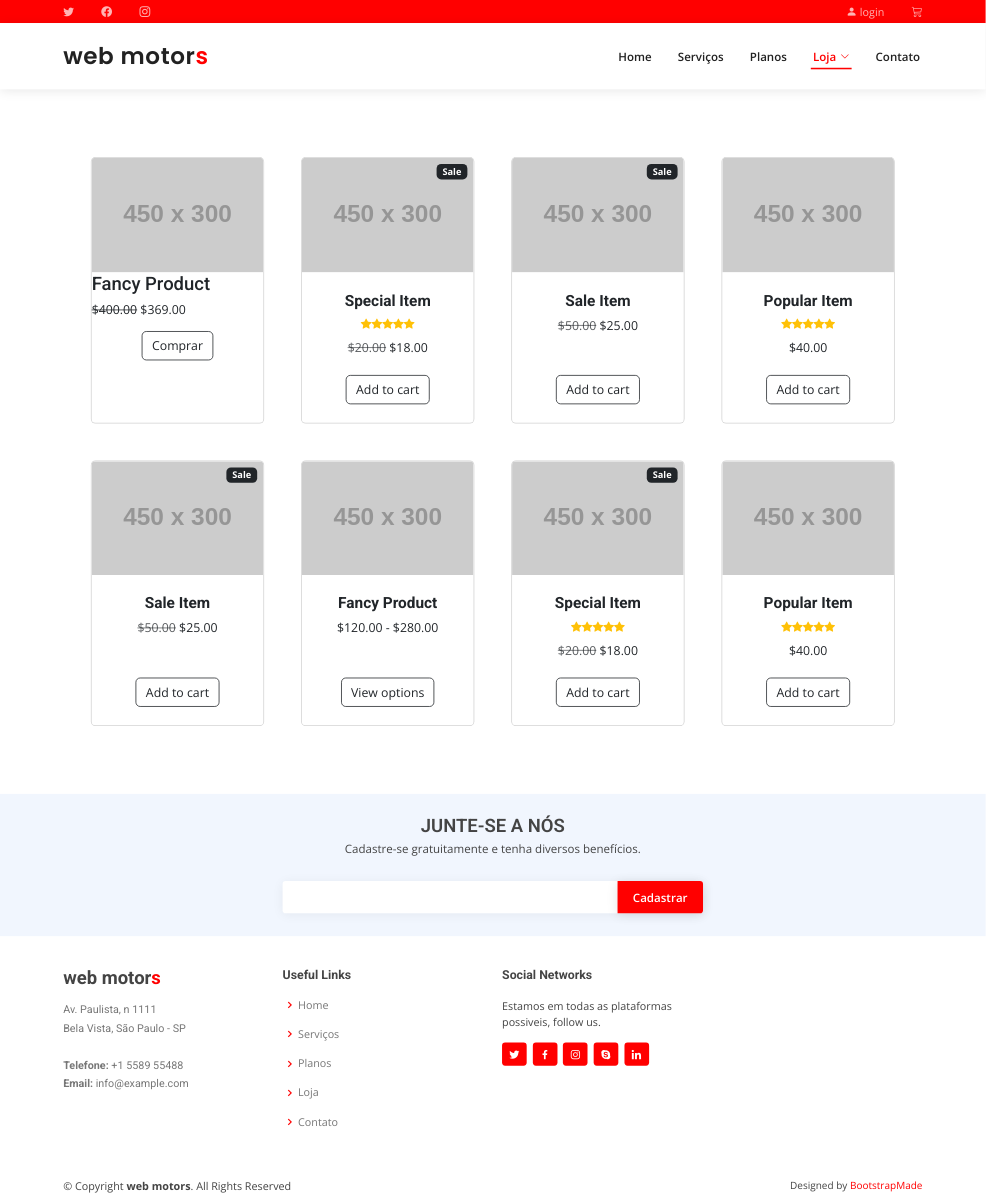
Repository: 01nethy/WebMotors
Page: produtos.html
An editor plug-in stored every save of this project. The page is shown before and after the next save, followed by the edit.
The browser window is 1280 px wide. The pictures show the whole page, at 77% of full size.

Above is the page before, as saved 2023-12-08 14:46:24.

### produtos.html
<!DOCTYPE html>
<html lang="pt-BR">

<head>
  <meta charset="utf-8">
  <meta content="width=device-width, initial-scale=1.0" name="viewport">

  <title>Produtos Automotivos - Web Motors</title>
  <meta content="" name="description">
  <meta content="" name="keywords">

  <!-- Favicons -->
  <link href="assets/img/favicon.png" rel="icon">
  <link href="assets/img/apple-touch-icon.png" rel="apple-touch-icon">

  <!-- Google Fonts -->
  <link
    href="https://fonts.googleapis.com/css?family=Open+Sans:300,300i,400,400i,600,600i,700,700i|Roboto:300,300i,400,400i,500,500i,600,600i,700,700i|Poppins:300,300i,400,400i,500,500i,600,600i,700,700i"
    rel="stylesheet">

  <!-- Vendor CSS Files -->
  <link href="assets/vendor/aos/aos.css" rel="stylesheet">
  <link href="assets/vendor/bootstrap/css/bootstrap.min.css" rel="stylesheet">
  <link href="assets/vendor/bootstrap-icons/bootstrap-icons.css" rel="stylesheet">
  <link href="assets/vendor/boxicons/css/boxicons.min.css" rel="stylesheet">
  <link href="assets/vendor/glightbox/css/glightbox.min.css" rel="stylesheet">
  <link href="assets/vendor/swiper/swiper-bundle.min.css" rel="stylesheet">

  <!-- Template Main CSS File -->
  <link href="assets/css/style.css" rel="stylesheet">

  <!-- =======================================================
  * Template Name: BizLand
  * Updated: Jul 27 2023 with Bootstrap v5.3.1
  * Template URL: https://bootstrapmade.com/bizland-bootstrap-business-template/
  * Author: BootstrapMade.com
  * License: https://bootstrapmade.com/license/
  ======================================================== -->
</head>

<body>
 <!-- ======= Top Bar ======= -->
 <section id="topbar" class="d-flex align-items-center">
  <div id="topajust" class="container d-flex">
    <div class="social-links col-6 ">
      <a href="#" class="twitter m-0"><i class="bi bi-twitter"></i></a>
      <a href="#" class="facebook"><i class="bi bi-facebook"></i></a>
      <a href="#" class="instagram"><i class="bi bi-instagram"></i></a>
      <!-- <a href="#" class="linkedin"><i class="bi bi-linkedin"></i></i></a> -->
    </div>
    <div class="social-links col-6 text-end">
      <a href="login.html"><i class="bi bi-person-fill"></i> login </a>
      <a href="cart.html"> <i class="bi bi-cart3"></i></a>
    </div>
  </div>
</section>

  <!-- ======= Header nav ======= -->
  <header id="header" class="d-flex">
    <div class="container d-flex align-items-center justify-content-between"">
      <h1 class=" logo"><a href="index.html">web motor<span>s</span></a></h1>
      <nav id="navbar" class="nav navbar justify-content-end">
        <ul>
          <li><a class="nav-link scrollto" href="index.html">Home</a></li>
          <!-- <li><a class="nav-link scrollto" href="#about">Mecanica</a></li>-->
          <li><a class="nav-link scrollto" href="index.html #services">Serviços</a></li>
          <!-- <li><a class="nav-link scrollto " href="#portfolio">Aditivo</a></li>-->
          <li><a class="nav-link scrollto" href="index.html #pricing">Planos</a></li>
          <li class="dropdown"><a class="active" href="produtos.html"><span>Loja</span> <i class="bi bi-chevron-down"></i></a>
            <ul>
              <li><a href="#">Aditivos</a></li>
              <!-- <li class="dropdown"><a href="#"><span>Deep Drop Down</span> <i class="bi bi-chevron-right"></i></a>
                <ul>
                  <li><a href="#">Deep Drop Down 1</a></li>
                  <li><a href="#">Deep Drop Down 2</a></li>
                  <li><a href="#">Deep Drop Down 3</a></li>
                  <li><a href="#">Deep Drop Down 4</a></li>
                  <li><a href="#">Deep Drop Down 5</a></li>
                </ul>
              </li> -->
              <li><a href="#">Borracha</a></li>
              <li><a href="#">Pneus</a></li>
            </ul>
          </li>
          <li><a class="nav-link scrollto" href="index.html #contact">Contato</a></li>
        </ul>
        <i class="bi bi-list mobile-nav-toggle"></i>
      </nav><!-- .navbar -->
    </div>
  </header>

  <main id="main" data-aos="fade-up">
    <section class="inner-page">
      <div class="container px-4 px-lg-5 mt-5">
        <div class="row gx-4 gx-lg-5 row-cols-2 row-cols-md-3 row-cols-xl-4 justify-content-center">
          <div class="col mb-5">
            <div class="card h-100">
              <!-- Product image-->
              <img class="card-img-top" src="https://dummyimage.com/450x300/dee2e6/6c757d.jpg" alt="..." />
              <!-- Product details-->
                <div class="thumb-content">
                  <!-- Product name-->
                  <h4 class="">Fancy Product</h4>
                  <p class="item-price">
                    <strike>$400.00</strike> <span>$369.00</span>
                  </p>
                </div>
                <div class="card-footer p-4 pt-0 border-top-0 bg-transparent">
                  <div class="text-center"><a class="btn btn-outline-dark mt-auto" href="#">Comprar</a>
                  </div>
                </div>
            </div>
          </div>
          <div class="col mb-5">
            <div class="card h-100">
              <!-- Sale badge-->
              <div class="badge bg-dark text-white position-absolute" style="top: 0.5rem; right: 0.5rem">Sale</div>
              <!-- Product image-->
              <img class="card-img-top" src="https://dummyimage.com/450x300/dee2e6/6c757d.jpg" alt="..." />
              <!-- Product details-->
              <div class="card-body p-4">
                <div class="text-center">
                  <!-- Product name-->
                  <h5 class="fw-bolder">Special Item</h5>
                  <!-- Product reviews-->
                  <div class="d-flex justify-content-center small text-warning mb-2">
                    <div class="bi-star-fill"></div>
                    <div class="bi-star-fill"></div>
                    <div class="bi-star-fill"></div>
                    <div class="bi-star-fill"></div>
                    <div class="bi-star-fill"></div>
                  </div>
                  <!-- Product price-->
                  <span class="text-muted text-decoration-line-through">$20.00</span>
                  $18.00
                </div>
              </div>
              <!-- Product actions-->
              <div class="card-footer p-4 pt-0 border-top-0 bg-transparent">
                <div class="text-center"><a class="btn btn-outline-dark mt-auto" href="#">Add to cart</a></div>
              </div>
            </div>
          </div>
          <div class="col mb-5">
            <div class="card h-100">
              <!-- Sale badge-->
              <div class="badge bg-dark text-white position-absolute" style="top: 0.5rem; right: 0.5rem">Sale</div>
              <!-- Product image-->
              <img class="card-img-top" src="https://dummyimage.com/450x300/dee2e6/6c757d.jpg" alt="..." />
              <!-- Product details-->
              <div class="card-body p-4">
                <div class="text-center">
                  <!-- Product name-->
                  <h5 class="fw-bolder">Sale Item</h5>
                  <!-- Product price-->
                  <span class="text-muted text-decoration-line-through">$50.00</span>
                  $25.00
                </div>
              </div>
              <!-- Product actions-->
              <div class="card-footer p-4 pt-0 border-top-0 bg-transparent">
                <div class="text-center"><a class="btn btn-outline-dark mt-auto" href="#">Add to cart</a></div>
              </div>
            </div>
          </div>
          <div class="col mb-5">
            <div class="card h-100">
              <!-- Product image-->
              <img class="card-img-top" src="https://dummyimage.com/450x300/dee2e6/6c757d.jpg" alt="..." />
              <!-- Product details-->
              <div class="card-body p-4">
                <div class="text-center">
                  <!-- Product name-->
                  <h5 class="fw-bolder">Popular Item</h5>
                  <!-- Product reviews-->
                  <div class="d-flex justify-content-center small text-warning mb-2">
                    <div class="bi-star-fill"></div>
                    <div class="bi-star-fill"></div>
                    <div class="bi-star-fill"></div>
                    <div class="bi-star-fill"></div>
                    <div class="bi-star-fill"></div>
                  </div>
                  <!-- Product price-->
                  $40.00
                </div>
              </div>
              <!-- Product actions-->
              <div class="card-footer p-4 pt-0 border-top-0 bg-transparent">
                <div class="text-center"><a class="btn btn-outline-dark mt-auto" href="#">Add to cart</a></div>
              </div>
            </div>
          </div>
          <div class="col mb-5">
            <div class="card h-100">
              <!-- Sale badge-->
              <div class="badge bg-dark text-white position-absolute" style="top: 0.5rem; right: 0.5rem">Sale</div>
              <!-- Product image-->
              <img class="card-img-top" src="https://dummyimage.com/450x300/dee2e6/6c757d.jpg" alt="..." />
              <!-- Product details-->
              <div class="card-body p-4">
                <div class="text-center">
                  <!-- Product name-->
                  <h5 class="fw-bolder">Sale Item</h5>
                  <!-- Product price-->
                  <span class="text-muted text-decoration-line-through">$50.00</span>
                  $25.00
                </div>
              </div>
              <!-- Product actions-->
              <div class="card-footer p-4 pt-0 border-top-0 bg-transparent">
                <div class="text-center"><a class="btn btn-outline-dark mt-auto" href="#">Add to cart</a></div>
              </div>
            </div>
          </div>
          <div class="col mb-5">
            <div class="card h-100">
              <!-- Product image-->
              <img class="card-img-top" src="https://dummyimage.com/450x300/dee2e6/6c757d.jpg" alt="..." />
              <!-- Product details-->
              <div class="card-body p-4">
                <div class="text-center">
                  <!-- Product name-->
                  <h5 class="fw-bolder">Fancy Product</h5>
                  <!-- Product price-->
                  $120.00 - $280.00
                </div>
              </div>
              <!-- Product actions-->
              <div class="card-footer p-4 pt-0 border-top-0 bg-transparent">
                <div class="text-center"><a class="btn btn-outline-dark mt-auto" href="#">View options</a></div>
              </div>
            </div>
          </div>
          <div class="col mb-5">
            <div class="card h-100">
              <!-- Sale badge-->
              <div class="badge bg-dark text-white position-absolute" style="top: 0.5rem; right: 0.5rem">Sale</div>
              <!-- Product image-->
              <img class="card-img-top" src="https://dummyimage.com/450x300/dee2e6/6c757d.jpg" alt="..." />
              <!-- Product details-->
              <div class="card-body p-4">
                <div class="text-center">
                  <!-- Product name-->
                  <h5 class="fw-bolder">Special Item</h5>
                  <!-- Product reviews-->
                  <div class="d-flex justify-content-center small text-warning mb-2">
                    <div class="bi-star-fill"></div>
                    <div class="bi-star-fill"></div>
                    <div class="bi-star-fill"></div>
                    <div class="bi-star-fill"></div>
                    <div class="bi-star-fill"></div>
                  </div>
                  <!-- Product price-->
                  <span class="text-muted text-decoration-line-through">$20.00</span>
                  $18.00
                </div>
              </div>
              <!-- Product actions-->
              <div class="card-footer p-4 pt-0 border-top-0 bg-transparent">
                <div class="text-center"><a class="btn btn-outline-dark mt-auto" href="#">Add to cart</a></div>
              </div>
            </div>
          </div>
          <div class="col mb-5">
            <div class="card h-100">
              <!-- Product image-->
              <img class="card-img-top" src="https://dummyimage.com/450x300/dee2e6/6c757d.jpg" alt="..." />
              <!-- Product details-->
              <div class="card-body p-4">
                <div class="text-center">
                  <!-- Product name-->
                  <h5 class="fw-bolder">Popular Item</h5>
                  <!-- Product reviews-->
                  <div class="d-flex justify-content-center small text-warning mb-2">
                    <div class="bi-star-fill"></div>
                    <div class="bi-star-fill"></div>
                    <div class="bi-star-fill"></div>
                    <div class="bi-star-fill"></div>
                    <div class="bi-star-fill"></div>
                  </div>
                  <!-- Product price-->
                  $40.00
                </div>
              </div>
              <!-- Product actions-->
              <div class="card-footer p-4 pt-0 border-top-0 bg-transparent">
                <div class="text-center"><a class="btn btn-outline-dark mt-auto" href="#">Add to cart</a></div>
              </div>
            </div>
          </div>
        </div>
      </div>
    </section>
  </main><!-- End #main -->

 <!-- ======= Footer ======= -->
 <footer id="footer">
  <div class="footer-newsletter">
    <div class="container">
      <div class="row justify-content-center">
        <div class="col-lg-6">
          <h4>JUNTE-SE A NÓS</h4>
          <p>Cadastre-se gratuitamente e tenha diversos benefícios.</p>
          <form action="" method="post">
            <input type="email" name="email"><input type="submit" value="Cadastrar">
          </form>
        </div>
      </div>
    </div>
  </div>
  <div class="footer-top">
    <div class="container">
      <div class="row">
        <div class="col-lg-3 col-md-6 footer-contact">
          <h3>web motor<span>s</span></h3>
          <p>
            Av. Paulista, n 1111 <br>
            Bela Vista, São Paulo - SP<br>
            <br>
            <strong>Telefone:</strong> +1 5589 55488<br>
            <strong>Email:</strong> info@example.com<br>
          </p>
        </div>
        <div class="col-lg-3 col-md-6 footer-links">
          <h4>Useful Links</h4>
          <ul>
            <li><i class="bx bx-chevron-right"></i> <a href="#">Home</a></li>
            <li><i class="bx bx-chevron-right"></i> <a href="#">Serviços</a></li>
            <li><i class="bx bx-chevron-right"></i> <a href="#">Planos</a></li>
            <li><i class="bx bx-chevron-right"></i> <a href="#">Loja</a></li>
            <li><i class="bx bx-chevron-right"></i> <a href="#">Contato</a></li>
          </ul>
        </div>
        <div class="col-lg-3 col-md-6 footer-links">
          <h4>Social Networks</h4>
          <p>Estamos em todas as plataformas possiveis,
            follow us.</p>
          <div class="social-links mt-3">
            <a href="#" class="twitter"><i class="bx bxl-twitter"></i></a>
            <a href="#" class="facebook"><i class="bx bxl-facebook"></i></a>
            <a href="#" class="instagram"><i class="bx bxl-instagram"></i></a>
            <a href="#" class="google-plus"><i class="bx bxl-skype"></i></a>
            <a href="#" class="linkedin"><i class="bx bxl-linkedin"></i></a>
          </div>
        </div>
      </div>
    </div>
  </div>
  <div class="container py-4">
    <div class="copyright">
      &copy; Copyright <strong><span>web motors</span></strong>. All Rights Reserved
    </div>
    <div class="credits">
      <!-- All the links in the footer should remain intact. -->
      <!-- You can delete the links only if you purchased the pro version. -->
      <!-- Licensing information: https://bootstrapmade.com/license/ -->
      <!-- Purchase the pro version with working PHP/AJAX contact form: https://bootstrapmade.com/web motors-bootstrap-business-template/ -->
      Designed by <a href="https://bootstrapmade.com/">BootstrapMade</a>
    </div>
  </div>
</footer>

  <div id="preloader"></div>
  <a href="#" class="back-to-top d-flex align-items-center justify-content-center"><i
      class="bi bi-arrow-up-short"></i></a>

  <!-- Vendor JS Files -->
  <script src="assets/vendor/purecounter/purecounter_vanilla.js"></script>
  <script src="assets/vendor/aos/aos.js"></script>
  <script src="assets/vendor/bootstrap/js/bootstrap.bundle.min.js"></script>
  <script src="assets/vendor/glightbox/js/glightbox.min.js"></script>
  <script src="assets/vendor/isotope-layout/isotope.pkgd.min.js"></script>
  <script src="assets/vendor/swiper/swiper-bundle.min.js"></script>
  <script src="assets/vendor/waypoints/noframework.waypoints.js"></script>
  <script src="assets/vendor/php-email-form/validate.js"></script>

  <!-- Template Main JS File -->
  <script src="assets/js/main.js"></script>
</body>
</html>

Loaded but not shown: assets/vendor/aos/aos.css (library); assets/vendor/bootstrap/css/bootstrap.min.css (library); assets/vendor/bootstrap-icons/bootstrap-icons.css (library); assets/vendor/boxicons/css/boxicons.min.css (library); assets/vendor/glightbox/css/glightbox.min.css (library); assets/vendor/swiper/swiper-bundle.min.css (library); assets/vendor/purecounter/purecounter_vanilla.js (library); assets/vendor/aos/aos.js (library); assets/vendor/bootstrap/js/bootstrap.bundle.min.js (library); assets/vendor/glightbox/js/glightbox.min.js (library); assets/vendor/isotope-layout/isotope.pkgd.min.js (library); assets/vendor/swiper/swiper-bundle.min.js (library); assets/vendor/waypoints/noframework.waypoints.js (library); assets/vendor/php-email-form/validate.js (common file); assets/js/main.js (289 lines, source omitted); assets/css/style.css (2218 lines, source omitted)

After the next save:
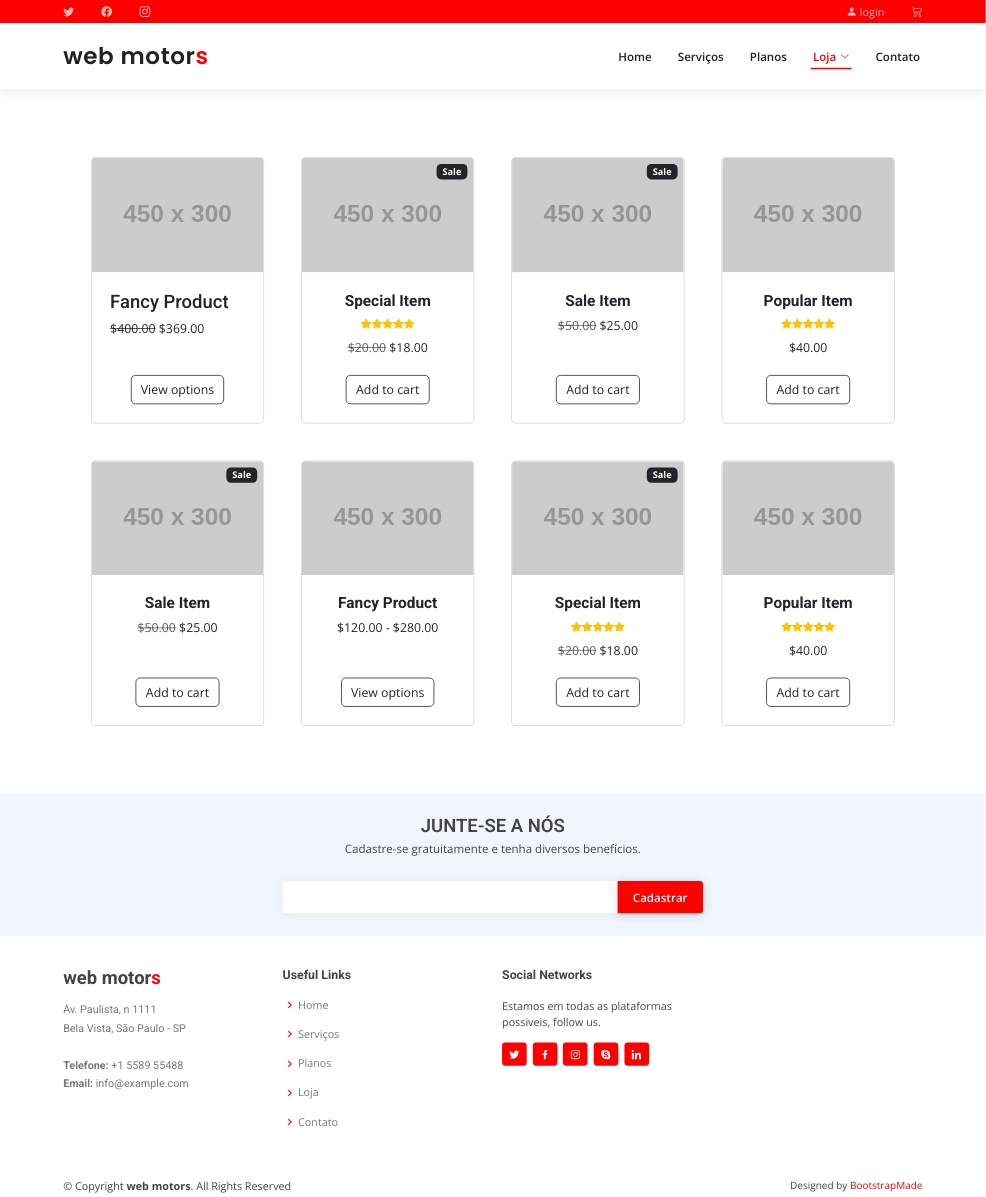
Saved 105 s later.
--- a/produtos.html
+++ b/produtos.html
@@ -98,6 +98,7 @@
               <!-- Product image-->
               <img class="card-img-top" src="https://dummyimage.com/450x300/dee2e6/6c757d.jpg" alt="..." />
               <!-- Product details-->
+              <div class="card-body p-4">
                 <div class="thumb-content">
                   <!-- Product name-->
                   <h4 class="">Fancy Product</h4>
@@ -105,10 +106,11 @@
                     <strike>$400.00</strike> <span>$369.00</span>
                   </p>
                 </div>
-                <div class="card-footer p-4 pt-0 border-top-0 bg-transparent">
-                  <div class="text-center"><a class="btn btn-outline-dark mt-auto" href="#">Comprar</a>
-                  </div>
-                </div>
+              </div>
+              <!-- Product actions-->
+              <div class="card-footer p-4 pt-0 border-top-0 bg-transparent">
+                <div class="text-center"><a class="btn btn-outline-dark mt-auto" href="#">View options</a></div>
+              </div>
             </div>
           </div>
           <div class="col mb-5">
